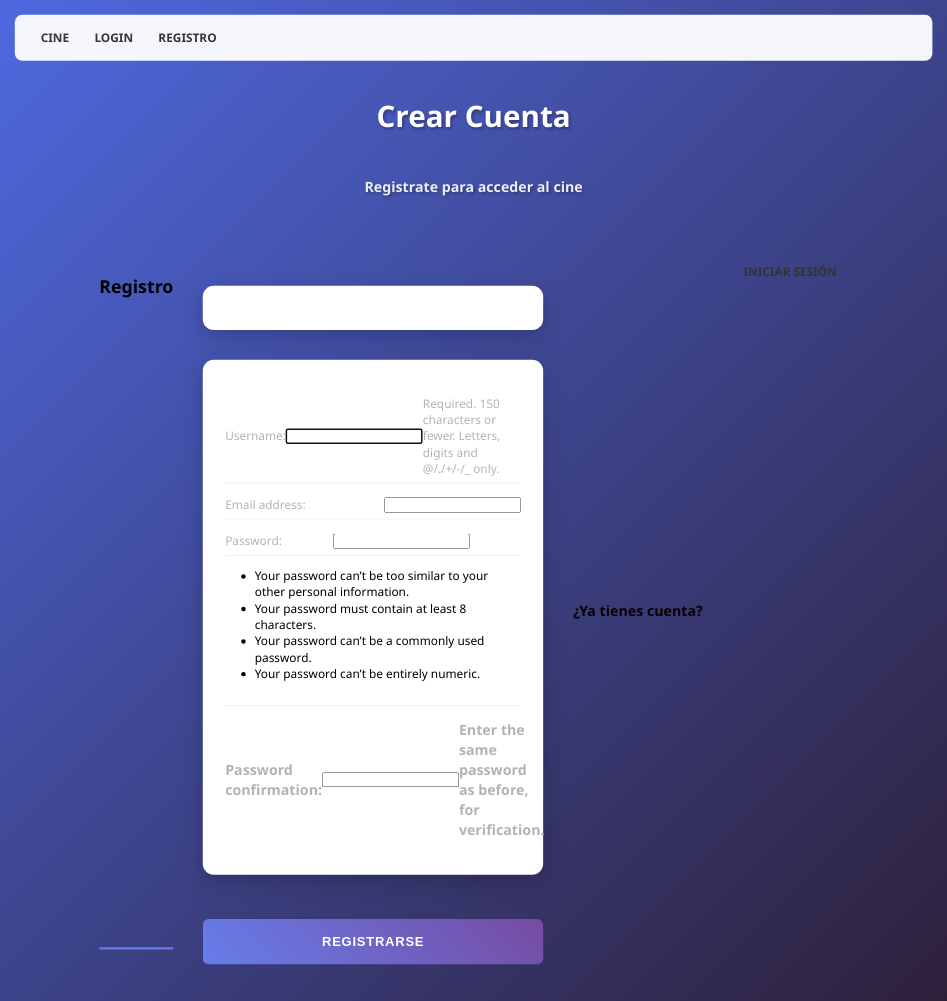
Repository: RoyScc/Practico-Django
Page: http://localhost/register/
The author's editor kept a copy of each file at every save. The page is drawn from the files as they stood at one save, then again after the next save.
The browser window is 1280 px wide. The pictures show the whole page, at 74% of full size.
The page is served by the project's application, run on Django 5.2 (manage.py). Other server files are loaded and not shown.

Above is the page before, as saved 2026-05-27 09:03:49.

### tickets/templates/tickets/register.html
{% extends 'tickets/base.html' %}

{% block title %} Registro {% endblock %}

{% block body %}

<h1>Crear Cuenta</h1>
<h4>Registrate para acceder al cine</h4>

<div class="cartelera">

    <h3 class="h3">Registro</h3>

    <form method="POST">
        <div class="login-container">
            {% csrf_token %}
        </div>
        <div class="login-container">
            {{ form.as_p }}
        </div>

        <button type="submit">
            Registrarse
        </button>

    </form>

    <p class="pcartelera">
        ¿Ya tienes cuenta?
    </p>

    <a href="{% url 'login' %}">
        Iniciar sesión
    </a>

</div>

{% endblock %}

### tickets/templates/tickets/base.html
{% load static %}

<!DOCTYPE html>
<html lang="en">
<head>
    <meta charset="UTF-8">
    <meta name="viewport" content="width=device-width, initial-scale=1.0">

    <link rel="stylesheet" href="{% static 'tickets/styles.css' %}">

    <!-- ICONO -->
    <link rel="icon" href="{% static 'tickets/images/cine.png' %}" type="image/png">

    <title>{% block title %} Tickets {% endblock %}</title>
</head>

<body>

    <nav class="navbar2">

        {% if request.resolver_match.url_name == 'cine' %}
            <a href="{% url 'lista_metodos' %}">
                Metodos
            </a>
        {% endif %}

        <a href="{% url 'cine' %}">
            Cine
        </a>

        {% if request.resolver_match.url_name == 'lista_metodos' %}
            <a href="{% url 'crear_metodo_pago' %}">
                Crear método de pago
            </a>
        {% endif %}

        <!-- LOGIN / LOGOUT -->

        {% if user.is_authenticated %}
            <a href="{% url 'logout' %}">
                Cerrar sesión
            </a>

        {% else %}

            <a href="{% url 'login' %}">
                Login
            </a>

            <a href="{% url 'register' %}">
                Registro
            </a>

        {% endif %}

    </nav>

    {% block body %}{% endblock %}

</body>
</html>

### tickets/forms.py
from django import forms

from .models import MetodoPago

from django.contrib.auth.forms import UserCreationForm
from django.contrib.auth.models import User

class RegistroForm(UserCreationForm):
    class Meta:
        model = User
        fields = ['username', 'email', 'password1', 'password2']

class MetodoPagoForm(forms.ModelForm):
    class Meta:
        model = MetodoPago
        fields = ['nombre', 'tipo', 'banco']

### tickets/views.py
from django.shortcuts import render, redirect
from .models import Tickets, MetodoPago
from .forms import MetodoPagoForm
from django.contrib.auth import login, logout
from django.contrib.auth.forms import AuthenticationForm
from django.contrib.auth import authenticate
from .forms import RegistroForm

# Create your views here.

# def index(request):
#     tickets = Tickets.objects.filter(tipo="cine")
#     return render(request, 'tickets/index.html', {'tickets': tickets})

def cine(request):
    tickets = Tickets.objects.filter(tipo__icontains="cine")
    return render(request, 'tickets/cine.html', {'tickets': tickets})

def tickets(request):
    todos_los_tickets = Tickets.objects.all()
    return render(request, 'tickets/todos_los_tickets.html', {'tickets': todos_los_tickets})

def crear_metodo_pago(request):
    if request.method == 'POST':
        form = MetodoPagoForm(request.POST)
        if form.is_valid():
            form.save()
            return redirect('lista_metodos')
    else:
        form = MetodoPagoForm()
    return render(request, 'tickets/crear_metodo_pago.html', {'form': form})

from django.shortcuts import get_object_or_404

def lista_metodos_pago(request):
    metodos = MetodoPago.objects.all()
    return render(request, 'tickets/lista_metodos.html', {'metodos': metodos})

def editar_metodo(request, id):
    metodo = get_object_or_404(MetodoPago, id=id)
    if request.method == 'POST':
        form = MetodoPagoForm(request.POST, instance=metodo)
        if form.is_valid():
            form.save()
            return redirect('lista_metodos')
    else:
        form = MetodoPagoForm(instance=metodo)
    return render(request, 'tickets/crear_metodo_pago.html', {'form': form})

def borrar_metodo(request, id):
    metodo = get_object_or_404(MetodoPago, id=id)
    if request.method == 'POST':
        metodo.delete()
        return redirect('lista_metodos')
    return render(request, 'tickets/borrar_metodo.html', {'metodo': metodo})

#Registro de usuarios
def register_view(request):
    if request.method == 'POST':
        form = RegistroForm(request.POST)

        if form.is_valid():
            user = form.save()
            login(request, user)
            return redirect('index')

    else:
        form = RegistroForm()

    return render(request, 'tickets/register.html', {
        'form': form
    })


#Login de usuarios
def login_view(request):

    if request.method == 'POST':
        form = AuthenticationForm(data=request.POST)

        if form.is_valid():
            user = form.get_user()
            login(request, user)
            return redirect('index')

    else:
        form = AuthenticationForm()

    return render(request, 'tickets/login.html', {
        'form': form
    })


# LOGOUT
def logout_view(request):
    logout(request)
    return redirect('login')

### TicketERA/urls.py
"""
URL configuration for TicketERA project.

The `urlpatterns` list routes URLs to views. For more information please see:
    https://docs.djangoproject.com/en/6.0/topics/http/urls/
Examples:
Function views
    1. Add an import:  from my_app import views
    2. Add a URL to urlpatterns:  path('', views.home, name='home')
Class-based views
    1. Add an import:  from other_app.views import Home
    2. Add a URL to urlpatterns:  path('', Home.as_view(), name='home')
Including another URLconf
    1. Import the include() function: from django.urls import include, path
    2. Add a URL to urlpatterns:  path('blog/', include('blog.urls'))
"""
from django.contrib import admin
from django.urls import path, include

urlpatterns = [
    path('admin/', admin.site.urls),
    path('', include("tickets.urls"))
]

### tickets/urls.py
from django.urls import path, include

from . import views

urlpatterns = [
    #path('', views.index, name="index"),
    path('cine/', views.cine, name="cine"),
    path('tickets/', views.tickets, name="tickets"),
    path('metodos/', views.lista_metodos_pago, name="lista_metodos"),
    path('metodos/crear', views.crear_metodo_pago, name="crear_metodo_pago"),
    path('metodos/editar/<int:id>/', views.editar_metodo, name="editar_metodo"),
    path('metodos/borrar/<int:id>/', views.borrar_metodo, name="borrar_metodo"),
    path('login/', views.login_view, name='login'),
    path('register/', views.register_view, name='register'),
    path('logout/', views.logout_view, name='logout'),
]

### tickets/static/tickets/styles.css
/* Estilos generales para la página */
body {
    font-family: 'Segoe UI', Tahoma, sans-serif;
    background: linear-gradient(135deg, #4e69df 0%, #2d203a 100%);
    min-height: 100vh;
    margin: 0;
    padding: 20px;
    gap: 20px;
    display: flex;
    flex-direction: column;
    box-sizing: border-box;
    flex: 1;
}

nav{
    justify-content: space-around;
    background: white;
    opacity: 0.95;
    margin: 0;
    padding: 10px 20px;
    border-radius: 10px;

}

.navbar {
    display: flex;
    justify-content: flex-end;
    align-items: center;
}

a {
    display: inline-block;
    color: #333;
    text-decoration: none;
    font-weight: bold;
    padding: 10px 15px;
    border-radius: 5px;
    transition: background 0.3s ease;
    text-transform: uppercase;
    /*background: #686666;*/
}

a:hover {
    background: #667eea;
    color: white;
}


h1, h4 {
    color: white;
    text-align: center;
    margin-bottom: 30px;
    text-shadow: 2px 2px 4px rgba(0,0,0,0.3);
}

h1 {
    font-size: 2.5rem;
    margin-bottom: 10px;
}

h4 {
    font-size: 1.2rem;
    opacity: 0.9;
}

.cartelera {
    display: flex;
    flex-wrap: wrap;
    justify-content: center;
    gap: 40px;
    padding: 30px;
}
.ticket-item {
    background: white;
    border-radius: 15px;
    padding: 20px;

    display: flex;
    flex-direction: column;
    justify-content: space-between;

    width: 320px;
    min-height: 500px;

    box-shadow: 0 10px 30px rgba(0,0,0,0.2);

    transition: transform 0.3s ease;
}

.ticket-item2 {
    background: white;
    border-radius: 15px;
    padding: 20px;

    display: flex;
    flex-direction: column;
    justify-content: space-between;

    width: 320px;

    box-shadow: 0 10px 30px rgba(0,0,0,0.2);

    transition: transform 0.3s ease;
}

.ticket-item:hover {
    transform: translateY(-5px);
}

.ticket-item a {
    display: inline-block;
    margin-top: 10px;
}

.form {
    display: block;
    margin-top: 0em;
    unicode-bidi: isolate;
}

/* Tablet
@media (max-width: 768px) {
    .cartelera {
        gap: 15px;
        padding: 15px;
    }
}*/

/* Mobile
@media (max-width: 480px) {
    .cartelera {
        gap: 10px;
        padding: 10px;
    }

    .ticket-item {
        width: 100%;
        max-width: 300px;
    }
}*/

h3 {
    color: #fdfdfd;
    font-size: 1.5rem;
    margin-bottom: 20px;
    text-align: center;
    border-bottom: 3px solid #667eea;
    padding-bottom: 10px;
}

.h3 {
    color: #000000;
    font-size: 1.5rem;
    margin-bottom: 20px;
    text-align: center;
    border-bottom: 3px solid #667eea;
    padding-bottom: 10px;
}

p {
    color: #b3b3b3;
    font-size: 1rem;
    margin: 10px 0;
    padding: 8px 0;
    border-bottom: 1px solid #eee;
    display: flex;
    justify-content: space-between;
    align-items: center;
}

p:last-of-type {
    border-bottom: none;
    font-weight: bold;

    font-size: 1.2rem;
}

.pcartelera {
    color: #070202;
    font-size: 1rem;
    margin: 10px 0;
    padding: 8px 0;
    border-bottom: 1px solid #eee;
    display: flex;
    justify-content: space-between;
    align-items: center;
}

button {
    width: 100%;
    background: linear-gradient(45deg, #667eea, #764ba2);
    color: white;
    border: none;
    padding: 20px 20px;
    font-size: 1.1rem;
    font-weight: bold;
    border-radius: 8px;
    cursor: pointer;
    margin-top: 20px;
    transition: all 0.3s ease;
    text-transform: uppercase;
    letter-spacing: 1px;
}

button:hover {
    background: linear-gradient(45deg, #5a6fd8, #6a4190);
    transform: scale(1.05);
    box-shadow: 0 5px 15px rgba(102, 126, 234, 0.4);
}

.button {
    width: 100%;
    background: linear-gradient(45deg, #667eea, #764ba2);
    color: white;
    border: none;
    padding: 20px 5px;
    font-size: 1.1rem;
    font-weight: bold;
    border-radius: 8px;
    text-align: center;
    cursor: pointer;
    margin-top: 10px;
    transition: all 0.3s ease;
    text-transform: uppercase;
    letter-spacing: 1px;
}

.button:hover {
    background: linear-gradient(45deg, #5a6fd8, #6a4190);
    transform: scale(1.05);
    box-shadow: 0 5px 15px rgba(102, 126, 234, 0.4);
}


.ticket {
    margin-bottom: 20px;
    padding: 20px;
    border-radius: 10px;
    box-shadow: 0 5px 15px rgba(0,0,0,0.1);
    space
}

button:active {
    transform: scale(0.98);
}

.fecha-icon::before {
content: '📅 ';
margin-right: 8px;
font-weight: bold;
}

.ubicacion-icon::before {
    content: '📍';
    margin-right: 8px;
    font-weight: bold;
}

.precio-icon::before {
    content: '💵 ';
    margin-right: 8px;
    font-weight: bold;
}

/* Estilos para la sección de Login y Register */
.login-container {
    max-width: 400px;
    margin: 40px auto;
    background: white;
    padding: 30px;
    border-radius: 15px;
    box-shadow: 0 10px 30px rgba(0,0,0,0.2);
}
.login-container h2 {
    text-align: center;
    margin-top: 0px;
    margin-bottom: 0px;
    color: #333;
}

/*
.carousel {
    display: flex;
    gap: 20px;
    overflow-x: auto;
    padding: 20px;
    scroll-behavior: smooth;
}

.carousel::-webkit-scrollbar {
    height: 10px;
}

.carousel::-webkit-scrollbar-thumb {
    background: #667eea;
    border-radius: 10px;
}

.ticket-item {
    min-width: 250px;
    background: white;
    border-radius: 15px;
    padding: 15px;
    flex-shrink: 0;
    box-shadow: 0 4px 10px rgba(0,0,0,0.1);
    text-align: center;
}

.ticket-img {
    width: 100%;
    height: 300px;
    object-fit: cover;
    border-radius: 10px;
}

.ticket-empty {
    text-align: center;
    padding: 50px;
}*/

After the next save:
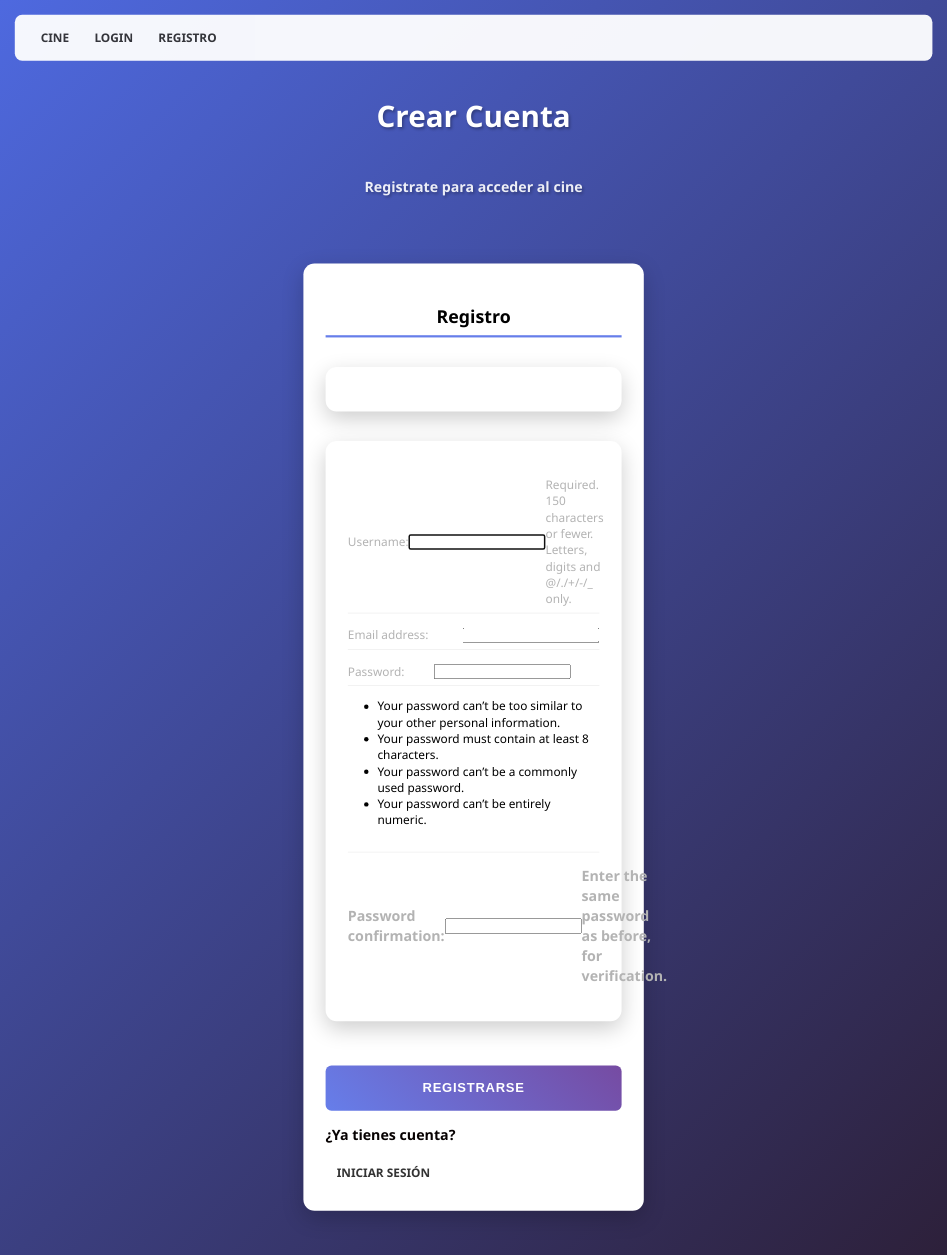
Saved 17 s later.
--- a/tickets/templates/tickets/register.html
+++ b/tickets/templates/tickets/register.html
@@ -7,7 +7,7 @@
 <h1>Crear Cuenta</h1>
 <h4>Registrate para acceder al cine</h4>
 
-<div class="cartelera">
+<div class="login-container">
 
     <h3 class="h3">Registro</h3>
 
